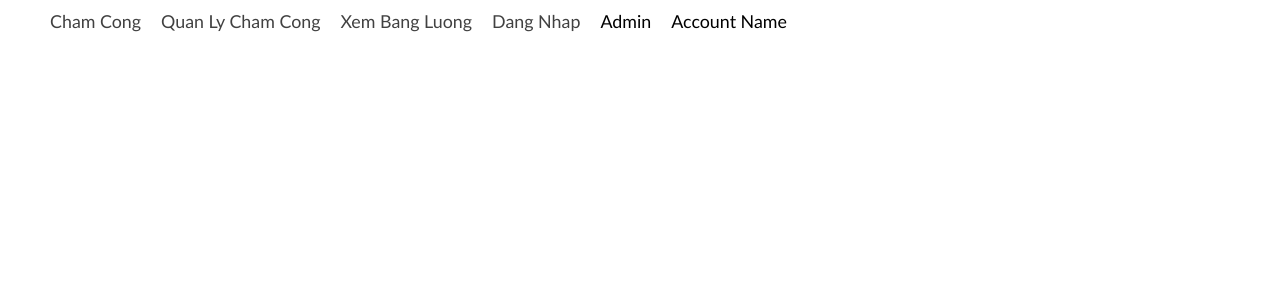
Repository: LDDUNG2003/a
Page: index.html
An editor plug-in stored every save of this project. The page is shown before and after the next save, followed by the edit.
The browser window is 1280 px wide. The pictures show the whole page.

Above is the page before, as saved 2023-10-13 23:43:38.

### index.html
<!DOCTYPE html>
<html lang="en">

<head>
    <meta charset="UTF-8">
    <meta name="viewport" content="width=device-width, initial-scale=1.0">
    <title>trang chu</title>
    <link rel="stylesheet" href="./controlView/css/base.css">
    <link rel="stylesheet" href="./controlView/css/index.css">
</head>

<body>
    <div class="main">
        <!-- start header -->
        <header class="app__header">
            <nav class="navBar">
                <ul class="navBar-list">
                    <li class="navBar--items"><a href="" class="navbar--link">Cham cong</a></li>
                    <li class="navBar--items"><a href="" class="navbar--link">Quan ly cham cong</a></li>
                    <li class="navBar--items">
                        <a href="" class="navbar--link">Xem bang luong</a></li>
                    <!-- login  -->
                    <li class="navBar--items">
                        <a href="" class="navbar--link">dang nhap</a></li>
                    <!-- admin menu -->
                    <li class="navBar--items">
                        admin
                        <ul class="account-list">
                            <li class="account--item"><a href="" class="navbar--link">admin</a></li>
                            <li class="account--item"><a href="" class="navbar--link">quan li nhan su</a></li>
                            <li class="account--item"><a href="" class="navbar--link">dang xuat</a></li>
                        </ul>
                    </li>
                    <!-- personnel menu -->
                    <li class="navBar--items">
                        account name
                        <ul class="account-list">
                            <li class="account--item"><a href="" class="navbar--link">cai dat tai khoan</a></li>
                            <li class="account--item"><a href="" class="navbar--link">dang ki ca lam</a></li>
                            <li class="account--item"><a href="" class="navbar--link">dang xuat</a></li>
                        </ul>
                    </li>
                </ul>
            </nav>
        </header>
        <!-- end header -->

        <!-- start content -->
        <div class="app__content">

        </div>
        <!-- end content -->
    </div>
</body>

</html>

### controlView/css/base.css
:root {
    --primary-color: #0066cc;
    --text-color: #414141;
}

* {
    padding: 0px;
    margin: 0px;
    font-family: 'Trebuchet MS', 'Lucida Sans Unicode', 'Lucida Grande', 'Lucida Sans', Arial, sans-serif;
}

html,
body {
    font-size: 0.62rem;
}

.main {}

.app__header {
    width: 100%;
    padding: 10px 0px;
}

.navBar {
    width: 100%;
    max-width: 1200px;
    margin: auto;
    cursor: pointer;
}

.navBar-list {
    display: flex;
    list-style: none;
}

.navBar--items {
    padding: 0px 10px;
    font-size: 1.8rem;
    position: relative;
    text-transform: capitalize;
}

.navbar--link {
    color: var(--text-color);
    text-decoration: none;
}

.account-list {
    position: absolute;
    width: 150px;
    display: none;
    list-style: none;
    padding: 4px;
    box-shadow: #414141;
    border: solid 5px var(--primary-color);
}

.navBar--items:hover .account-list {
    display: block;
}

.account--item {
    padding: 5px 0px;
    border-bottom: solid 1px #ccc;
}

Loaded but not shown: controlView/css/index.css (no stored copy; drawn as an empty file)

After the next save:
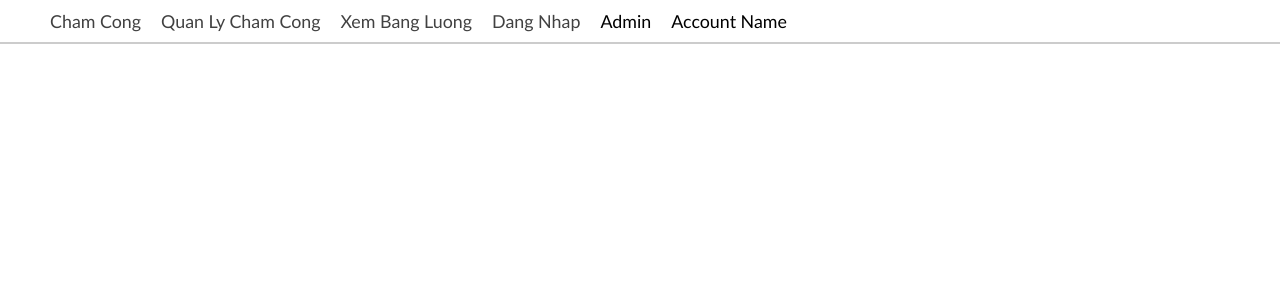
Saved 21 s later.
--- a/controlView/css/base.css
+++ b/controlView/css/base.css
@@ -19,6 +19,7 @@ body {
 .app__header {
     width: 100%;
     padding: 10px 0px;
+    border-bottom: solid 2px #ccc;
 }
 
 .navBar {
